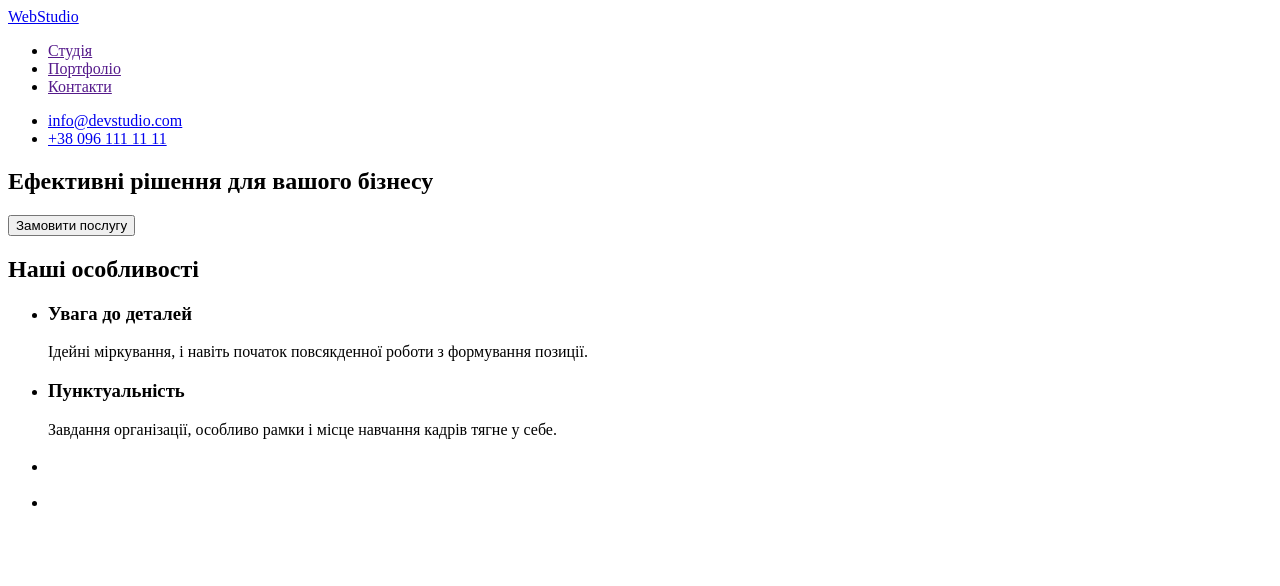
Repository: Mariia2811/goit-markup-hw-03
Page: index.html
These files come from the project's save history. The page is drawn as it stood at one moment and after a run of saves; the edit follows.
The browser window is 1280 px wide. The pictures show the whole page.

Above is the page before, as saved 2022-11-16 13:40:26.

After the next 2 saves:
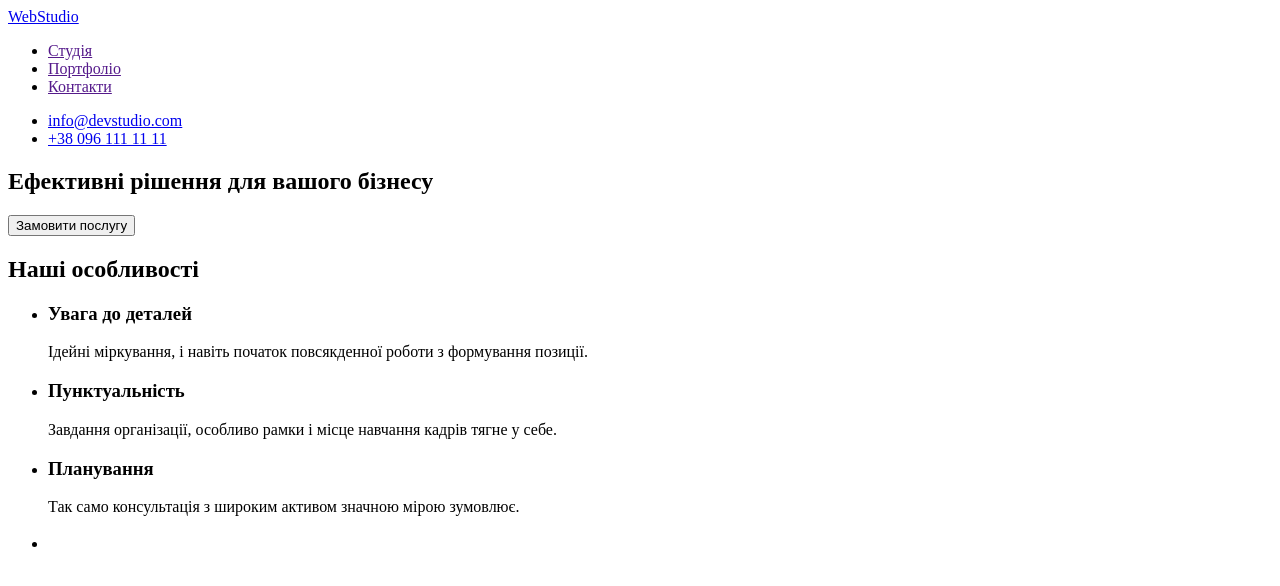
The 2 saves are shown as one change because they came seconds apart.
The last was saved 26 s later.
--- a/index.html
+++ b/index.html
@@ -38,8 +38,8 @@
                     <p>Завдання організації, особливо рамки і місце навчання кадрів тягне у себе.</p>
                 </li>
                 <li>
-                    <h3></h3>
-                    <p></p>
+                    <h3>Планування</h3>
+                    <p>Так само консультація з широким активом значною мірою зумовлює.</p>
                 </li>
                 <li>
                     <h3></h3>
